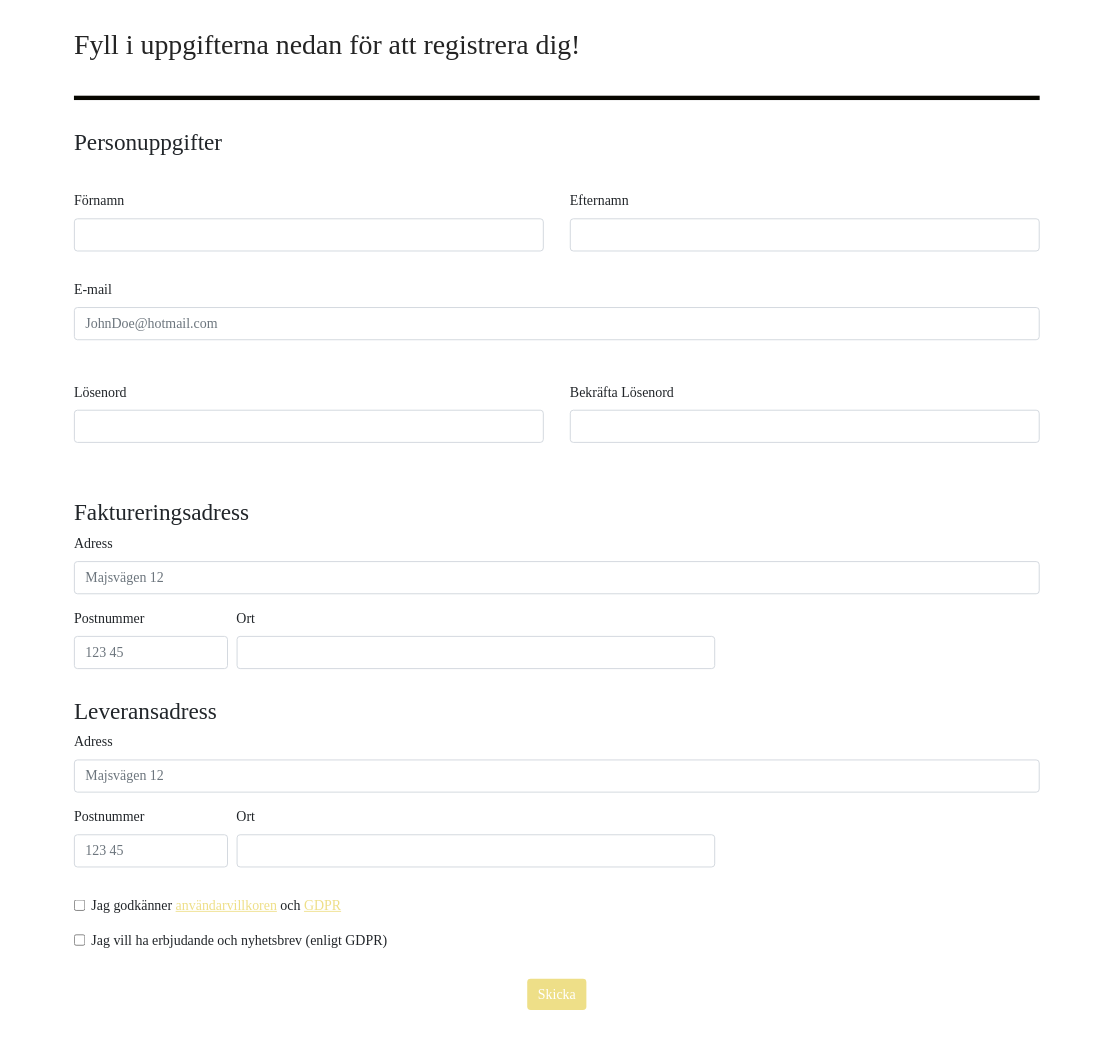
Repository: skepp4rn/Liamsuppgift3
Page: index.html
The author's editor kept a copy of each file at every save. The page is drawn from the files as they stood at one save, then again after the next save.
The browser window is 1280 px wide. The pictures show the whole page, at 87% of full size.
Some web libraries are served in a nearby version.

Above is the page before, as saved 2020-12-06 13:32:47.
Console error (its wording comes from the project's code and is left out).

### index.html
<!DOCTYPE html>
<html lang="sv">
<head>
    <meta charset="UTF-8">
    <meta name="viewport" content="width=device-width, initial-scale=1.0">
    <script src="https://kit.fontawesome.com/ef4c0722a8.js" crossorigin="anonymous"></script>
    <link rel="stylesheet" href="https://cdn.jsdelivr.net/npm/bootstrap@4.5.3/dist/css/bootstrap.min.css" integrity="sha384-TX8t27EcRE3e/ihU7zmQxVncDAy5uIKz4rEkgIXeMed4M0jlfIDPvg6uqKI2xXr2" crossorigin="anonymous">
    <link rel="stylesheet" href="css/style.css">
     <title>Registreringsfromulär</title>
</head>
<body>


    <section class="container">
        <div class="formReg1">
            <h2>Fyll i uppgifterna nedan för att registrera dig!</h2>
        </div>
    </section>


    <form class="container" oninput='up2.setCustomValidity(up2.value != up.value ? "Passwords do not match." : "")'>
        <div class="line1"></div>
        <div>
            <h3>Personuppgifter</h3>
        </div>


        <div class="row">
            <div class="col">
                <label for="firstname">Förnamn</label>
                <input id="firstname" type="text" class="form-control" required>
            </div>

            <div class="col">
                <label for="lastname">Efternamn</label>
                <input id="lastname" type="text" class="form-control" required>
            </div>
        </div>


        <div class="form-group">
            <label for="exampleInputEmail1">E-mail</label>
            <input type="email" class="form-control" id="exampleInputEmail1" aria-describedby="emailHelp" placeholder="JohnDoe@hotmail.com" required>
        </div>


        <div class="row">
            <div class="col">
                <div class="form-group">
                    <label for="exampleInputPassword1">Lösenord</label>
                    <input type="password" class="form-control" name="up" id="exampleInputPassword1" required>
                </div>
            </div>
            <div class="col">
                <div class="form-group space">
                    <label for="exampleInputPassword2">Bekräfta Lösenord</label>
                    <input type="password" class="form-control" name="up2" id="exampleInputPassword2" required>
                </div>
            </div>
        </div>


        <div class="adress1"></div>
        <div>
            <h3>Faktureringsadress</h3>
        </div>


        <div class="form-group">
            <label for="inputAddress">Adress</label>
            <input type="text" class="form-control" id="inputAddress" placeholder="Majsvägen 12" required>
        </div>


        <div class="form-row">
            <div class="form-group col-md-2">
                <label for="inputZip">Postnummer</label>
                <input type="text" class="form-control" id="inputZip" placeholder="123 45" required>
            </div>
            <div class="form-group col-md-6 bottom">
                <label for="inputCity">Ort</label>
                <input type="text" class="form-control" id="inputCity" required>
            </div>
        </div>


        <div class="adress1"></div>
        <div>
            <h3>Leveransadress</h3>
        </div>


        <div class="form-group">
            <label for="inputAddress">Adress</label>
            <input type="text" class="form-control" id="inputAddress" placeholder="Majsvägen 12" required>
        </div>


        <div class="form-row">
            <div class="form-group col-md-2">
                <label for="inputZip">Postnummer</label>
                <input type="text" class="form-control" id="inputZip" placeholder="123 45" required>
            </div>
            <div class="form-group col-md-6 bottom">
                <label for="inputCity">Ort</label>
                <input type="text" class="form-control" id="inputCity" required>
            </div>
        </div>


        <div class="form-group form-check">
            <input type="checkbox" class="form-check-input" id="exampleCheck1" required>
            <label class="form-check-label" for="exampleCheck1">Jag godkänner <a class="linktext" href="anvandrarvillkor.html">användarvillkoren</a> och <a class="linktext" href="GDPR.html">GDPR</a></label>
        </div>


        <div class="form-group form-check">
            <input type="checkbox" class="form-check-input" id="exampleCheck2">
            <label class="form-check-label" for="exampleCheck1">Jag vill ha erbjudande och nyhetsbrev (enligt GDPR)</label>
        </div>


        <div class="button-center">
            <button formaction="thankyou.html" type="submit" class="colorbutton btn btn-primary">Skicka</button>
        </div>


        <div class="whitespace"></div>
    </form>

    <script src="https://cdn.jsdelivr.net/npm/bootstrap@4.5.3/dist/js/bootstrap.bundle.min.js" integrity="sha384-ho+j7jyWK8fNQe+A12Hb8AhRq26LrZ/JpcUGGOn+Y7RsweNrtN/tE3MoK7ZeZDyx" crossorigin="anonymous"></script>
</body>
</html>

### css/style.css
*{box-sizing:border-box}

html,body{margin:0;padding:0;font-family:'Times New Roman', Times, serif}
h3{font-size:20pt}.container{width:95vw;margin:auto}
.row{padding-top:2rem;display:grid;grid-template-columns:2fr;grid-template-rows:2fr 2fr}
.col{padding-bottom:2rem}
.whitespace{height:3rem}
@media (min-width: 768px){.row{display:grid;grid-template-rows:2fr;grid-template-columns:2fr 2fr}
.closepage{width:12vw;height:7vw !important;font-size:25pt}
.formReg1{grid-template-rows:15fr 1fr !important;padding-top:2rem;padding-bottom:2rem}
.thanks{width:70vw;margin:auto;height:40vw}
.thankyou{text-align:center;padding:2rem}}
@media (min-width: 1900px){.container{width:100vw !important}
.thanks{width:50vw;margin:auto;height:20vw}.tillbaka{width:12vw !important;height:2.5vw !important;font-size:20pt}
.formReg1{grid-template-rows:15fr 1fr !important;padding-top:2rem;padding-bottom:2rem}}
#firstname{color:#b6b6b6}
#lastname{color:#b6b6b6}
#exampleInputEmail1{color:#b6b6b6}
#exampleInputPassword1{color:#b6b6b6}
#exampleInputPassword2{color:#b6b6b6}
.button-center{padding-top:1rem;display:flex;justify-content:center}
.colorbutton{background-color:#eedf88;border:none}
.line1{height:5px;background-color:#070600;margin-bottom:2rem}
.bottom{margin-bottom:2rem}
.linktext{color:#eedf88;text-decoration:underline}
.thanks{border:2px solid #eedf88;border-radius:10px;display:grid;grid-template-columns:1fr;grid-template-rows:3fr 1fr;justify-items:center;margin-top:8rem}
.thankyou{text-align:center;padding:2rem}
.closepage{background-color:#eedf88;border-radius:8px;text-align:center;width:40vw;height:7vw}
.closepage p{color:#ffffff;text-decoration:none}
.home{text-align:center}
.centrerade{display:grid;grid-template-columns:1fr;grid-template-rows:27fr 1fr;justify-items:center;margin:auto}
.gdpr{text-align:center}.welcome{padding-top:2rem;text-align:center}
.formReg1 h2{color:#242424}
.space{padding-bottom:1rem}

After the next save:
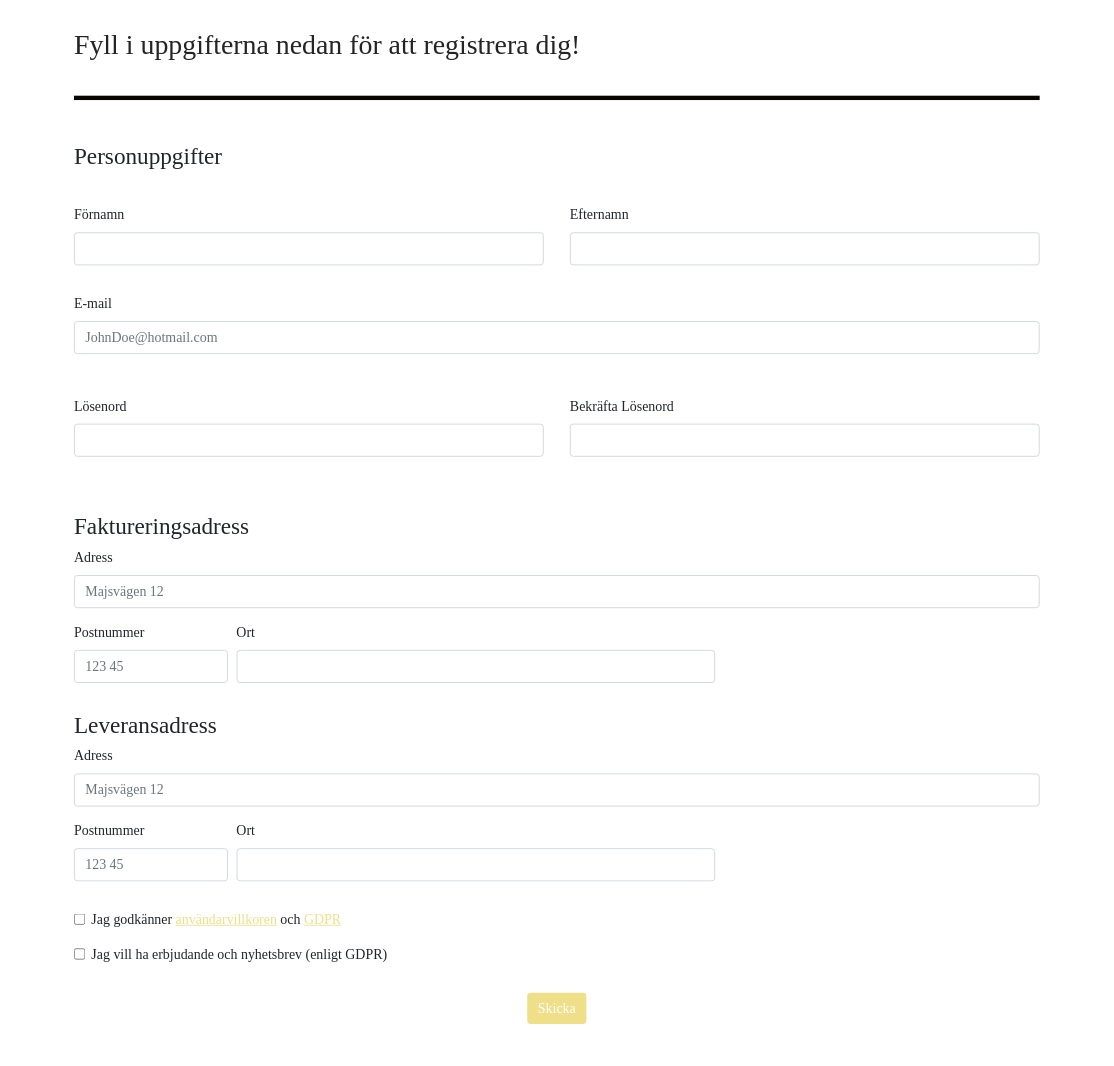
Saved 6 s later.
--- a/css/style.css
+++ b/css/style.css
@@ -20,7 +20,7 @@
 #exampleInputPassword2{color:#b6b6b6}
 .button-center{padding-top:1rem;display:flex;justify-content:center}
 .colorbutton{background-color:#eedf88;border:none}
-.line1{height:5px;background-color:#070600;margin-bottom:2rem}
+.line1{height:5px;background-color:#070600;margin-bottom:3rem}
 .bottom{margin-bottom:2rem}
 .linktext{color:#eedf88;text-decoration:underline}
 .thanks{border:2px solid #eedf88;border-radius:10px;display:grid;grid-template-columns:1fr;grid-template-rows:3fr 1fr;justify-items:center;margin-top:8rem}

After the save that followed:
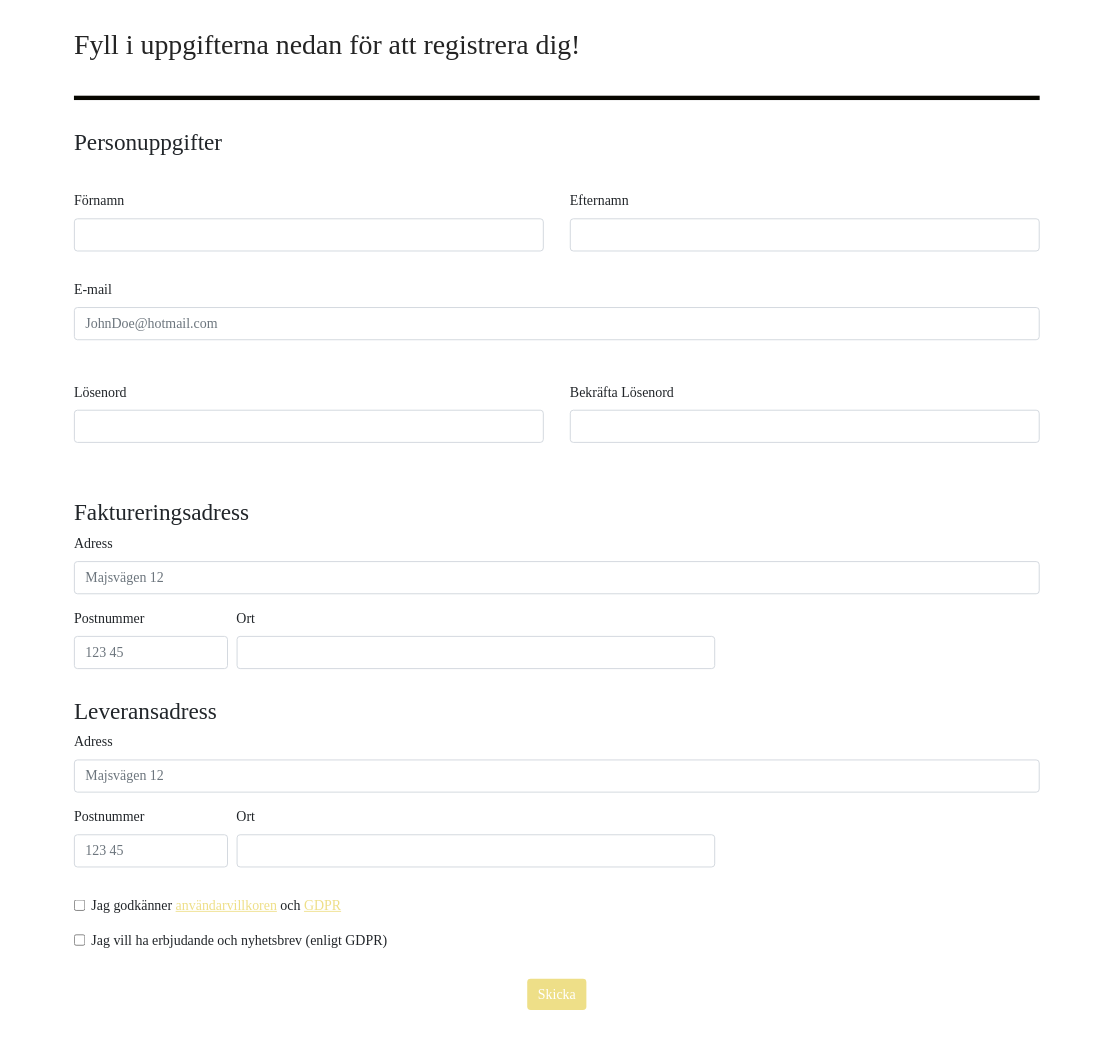
Saved 4 s later.
--- a/css/style.css
+++ b/css/style.css
@@ -20,7 +20,7 @@
 #exampleInputPassword2{color:#b6b6b6}
 .button-center{padding-top:1rem;display:flex;justify-content:center}
 .colorbutton{background-color:#eedf88;border:none}
-.line1{height:5px;background-color:#070600;margin-bottom:3rem}
+.line1{height:5px;background-color:#070600;margin-bottom:2rem}
 .bottom{margin-bottom:2rem}
 .linktext{color:#eedf88;text-decoration:underline}
 .thanks{border:2px solid #eedf88;border-radius:10px;display:grid;grid-template-columns:1fr;grid-template-rows:3fr 1fr;justify-items:center;margin-top:8rem}
